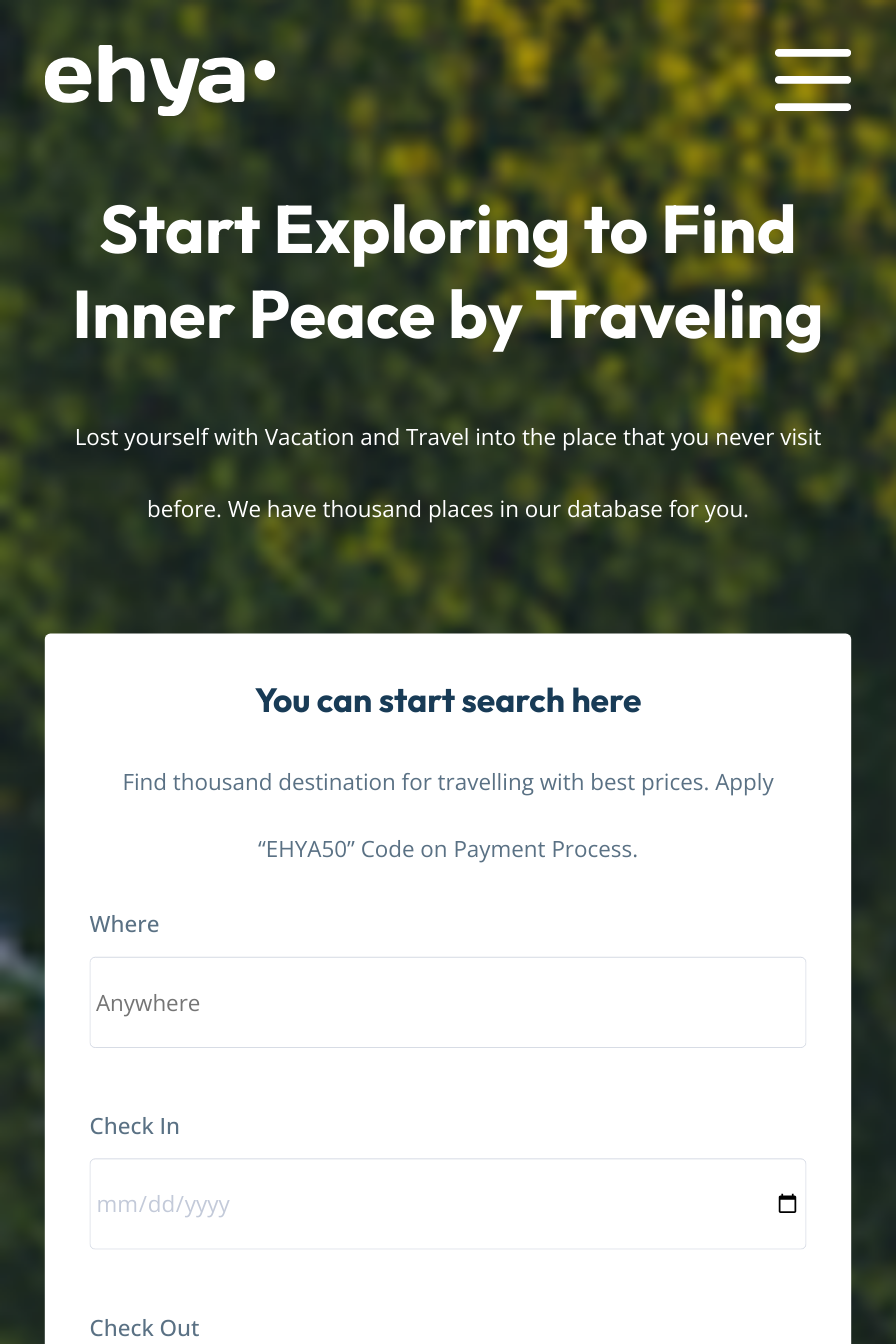
Repository: daviHmoraes/frontcomtailwind
Page: index.html
An editor plug-in stored every save of this project. The page is shown before and after a run of saves, followed by the edit.
The browser window is 1280 px wide. The pictures show the part of the page from y = 0 to 1920 px (the page is 30123 px tall), at 70% of full size.

Above is the page before, as saved 2026-09-01 19:33:45.

After the next 5 saves:
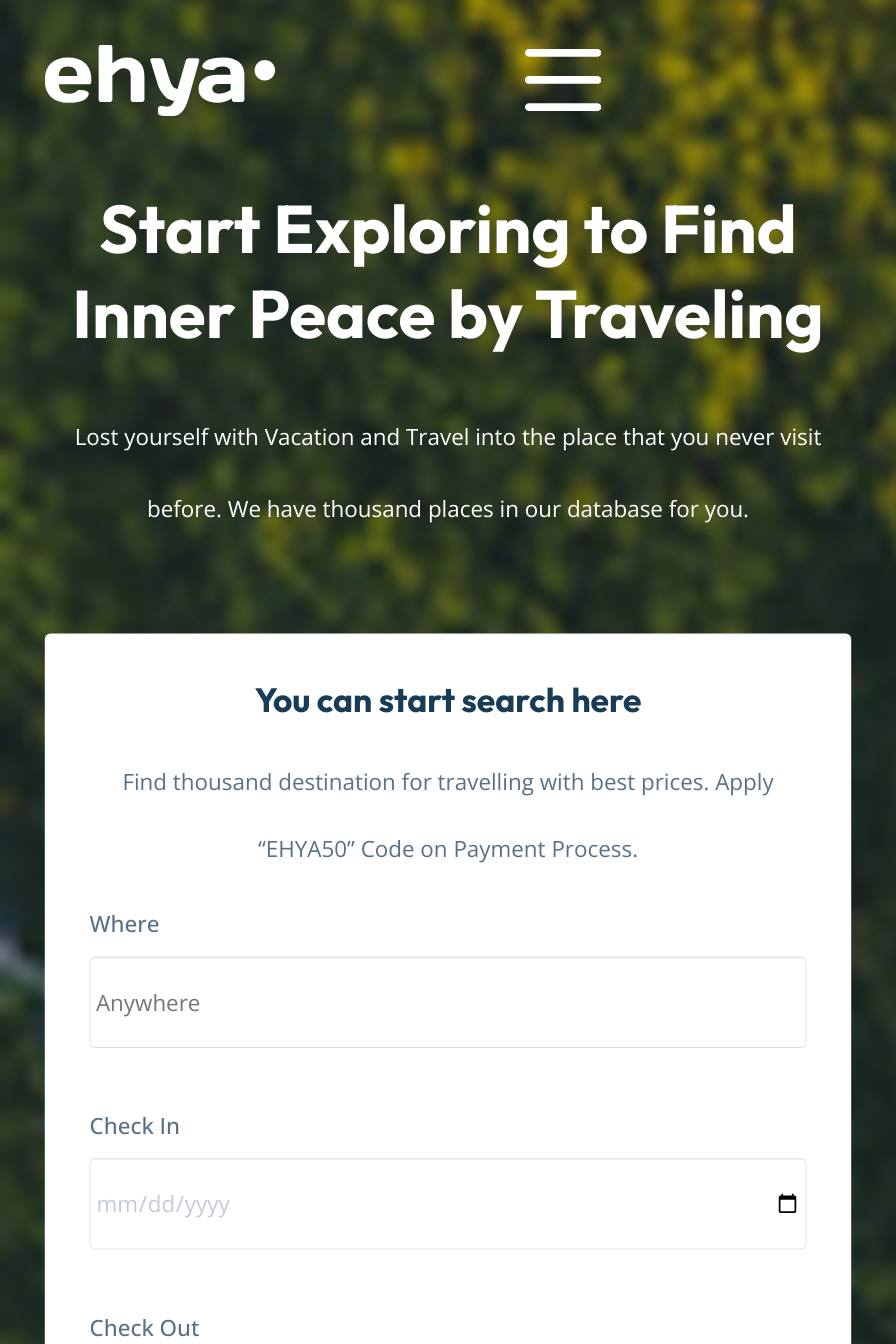
The 5 saves are shown as one change because they came seconds apart.
The last was saved 17 s later.
--- a/index.html
+++ b/index.html
@@ -24,6 +24,9 @@
             <img id="logo" src="/img/Logo.svg" alt="Ehya Company Logo">
             <img id="hamburguer-menu" src="/img/hamburguer-menu.svg" alt="Hamburguer menu Icon">
 
+            <div class="nav">
+
+            </div>
 
         </section>
 
